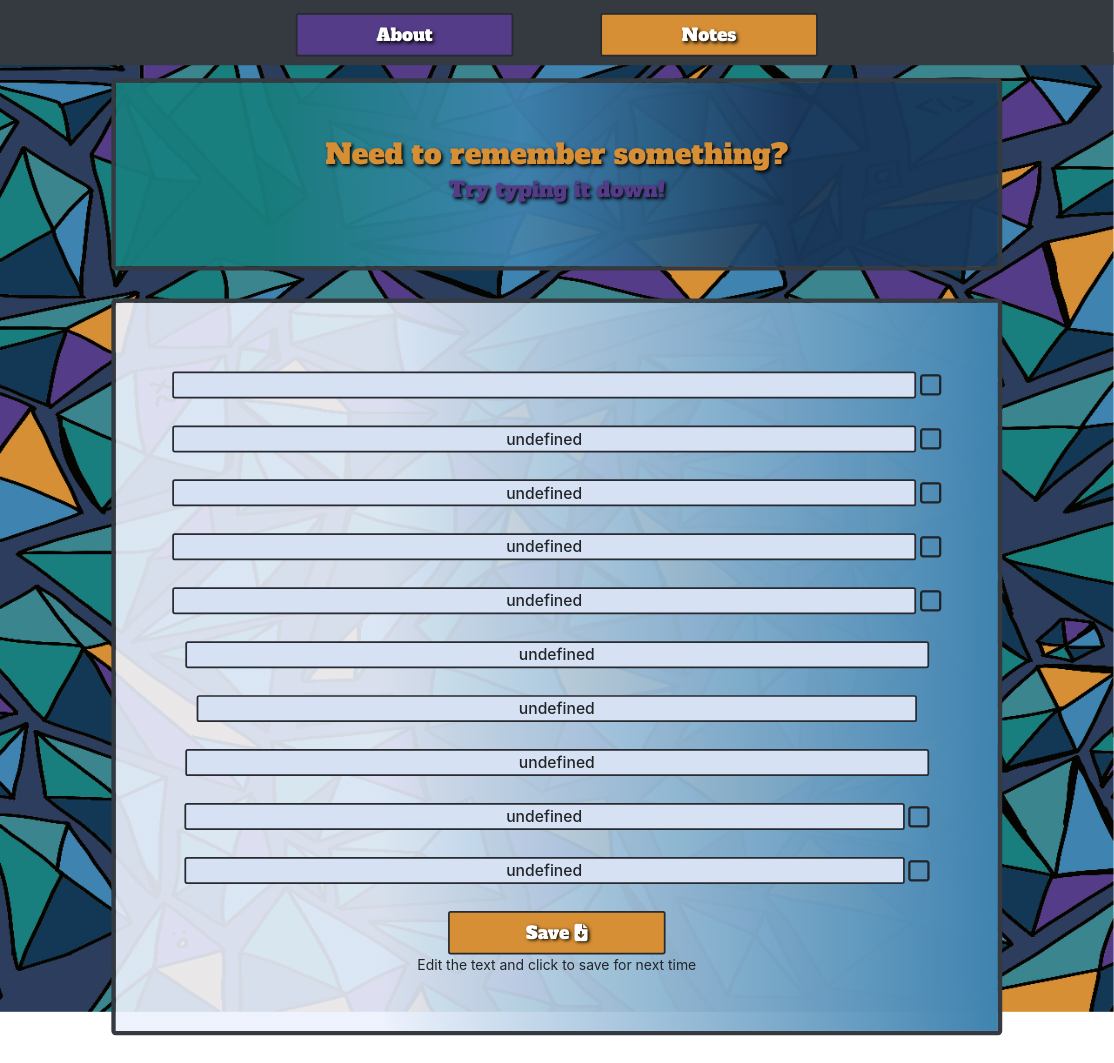
Repository: Kamicoda/Mynote
Page: index.html
The author's editor kept a record of every edit. The page is drawn from the files as they stood at one moment, then again after the next edit.
The browser window is 1280 px wide. The pictures show the whole page, at 87% of full size.
Backgrounds fixed to the window are drawn as part of the page. Some web fonts or font styles are not loaded; a fallback is used. Some web libraries are served in a nearby version.

Above is the page before.

### index.html
<!DOCTYPE html>
<html lang="en">

<head>
    <meta charset="UTF-8">
    <meta name="viewport" content="width=device-width, initial-scale=1.0">
    <meta http-equiv="X-UA-Compatible" content="ie=edge">
    <title>Document</title>


    <!--Bootstrap-->
    <link rel="stylesheet" href="https://maxcdn.bootstrapcdn.com/bootstrap/4.2.1/css/bootstrap.min.css" type="text/css" />
    <link rel="stylesheet" href="https://cdnjs.cloudflare.com/ajax/libs/hover.css/2.3.1/css/hover-min.css" type="text/css" />
    <!--Css-->
    <link rel="stylesheet" href="assets/style/style.css" type="text/css" />
    <link href="https://fonts.googleapis.com/css?family=Alfa+Slab+One&display=swap" rel="stylesheet">
    <!--Jquery-->
    <script src="https://code.jquery.com/jquery-3.4.1.min.js" integrity="sha256-CSXorXvZcTkaix6Yvo6HppcZGetbYMGWSFlBw8HfCJo=" crossorigin="anonymous"></script>

    <!--Scripts-->
    <script src="https://kit.fontawesome.com/06adabaaa3.js"></script>
    <script type="text/javascript" src="assets/js/script1.js"></script>
    <script type="text/javascript" src="assets/js/script2.js"></script>


</head>

<body class="bgbody" onload="checkEdits()">

    <!--navigation-->
    <div class="container-fluid bg-dark">
        <ul class="nav justify-content-center">
            <li class="nav-item">
                <button id="aboutNav" type="button" class="btn btn-secondary btn-lg border border-light">About</button>
            </li>
            <li class="nav-item">
                <button id="notesNav" type="button" class="btn btn-primary btn-lg border border-light">Notes</button>
            </li>

        </ul>
    </div>

    <div class="jumbotron border border-dark header bg-grey mx-auto">
        <div class="row">
            <div id="headerwelcome" class="col-12">
                <h2 class="fancytext"> Need to remember something?</h2>
                <h4 class="fancytextsm">Try typing it down!</h4>
            </div>

            <div id="headerabout" class="col-12">
                <h2 class="fancytext"> Aboot, Abouut, Abuuut!</h2>
                <h4 class="fancytextsm">have a quick read</h4>
            </div>

            <div id="headernotes" class="col-12">
                <h2 class="fancytext"> Don't forget to not forget!</h2>
                <h4 class="fancytextsm">Also don't forget to keep it stupidly simple</h4>
            </div>
        </div>
    </div>

    <div class="jumbotron border border-dark cont header mx-auto">
        <div class="container-flex">


            <section id="aboutSec">
                <div class="row">
                    <div class="col-12">
                        <p>here to help you remember!</p>
                        <div class="row">
                            <div class="col-md-12 col-lg-6 col-xl-8">
                                <p>this website should make writing things down a little easier there are a few features to be added at some point,
                                but less off that just remember keep calm and make it concice youll get through whatever you need notes for! </p>
                                <hr class="my-4">
                                <p> to use simply type your note and hit save, thats it it will save a note to your local browser storage like how google autofills things for you.</p>
                            </div>
                            <div class="col-md-12 col-lg-6 col-xl-4 justify-content-center mx-auto">
                                <div class="catnote"></div>
                                <p>Don't end up like cat note!</p>
                            </div>
                        </div>
                    </div>
                </div>
        </div>
        </section>

        <section id="notesSec">
            <div class="row">

                <div class="col-12">
                    <div id="editList" class="row">

                        <div class="col-12">
                            <p id="edit" contenteditable="true" class="editableP border border-light" placeholder="Write your notes here!"></p>
                            <div id="checkBox" class="checkbox">
                                <i id="fasquare" class="far fa-square"></i>
                                <i id="fabox" class="far fa-check-square"></i>
                            </div>
                        </div>

                        <div class="col-12">
                            <p id="edit1" contenteditable="true" class="editableP border border-light" placeholder="Note 2?"></p>
                            <div id="checkBox1" class="checkbox">
                                <i id="fasquare1" class="far fa-square"></i>
                                <i id="fabox1" class="far fa-check-square"></i>
                            </div>
                        </div>

                        <div class="col-12">
                            <p id="edit2" contenteditable="true" class="editableP border border-light" placeholder="Or note 3?"></p>
                            <div id="checkBox2" class="checkbox">
                                <i id="fasquare2" class="far fa-square"></i>
                                <i id="fabox2" class="far fa-check-square"></i>
                            </div>
                        </div>

                        <div class="col-12">
                            <p id="edit3" contenteditable="true" class="editableP border border-light" placeholder="Have fun with these!"></p>
                            <div id="checkBox3" class="checkbox">
                                <i id="fasquare3" class="far fa-square"></i>
                                <i id="fabox3" class="far fa-check-square"></i>
                            </div>
                        </div>

                        <div class="col-12">
                            <p id="edit4" contenteditable="true" class="editableP border border-light" placeholder="But remeber"></p>
                            <div id="checkBox4" class="checkbox">
                                <i id="fasquare4" class="far fa-square"></i>
                                <i id="fabox4" class="far fa-check-square"></i>
                            </div>
                        </div>

                        <div class="col-12">
                            <p id="edit5" contenteditable="true" class="editableP border border-light" placeholder=">Once you hit save</p>
                            <div id="checkBox5" class="checkbox">
                                <i id="fasquare5" class="far fa-square"></i>
                                <i id="fabox5" class="far fa-check-square"></i>
                            </div>
                        </div>

                        <div class="col-12">
                            <p id="edit6" contenteditable="true" class="editableP border border-light" placeholder=">These messeges will go away :(</p>
                            <div id="checkBox6" class="checkbox">
                                <i id="fasquare6" class="far fa-square"></i>
                                <i id="fabox6" class="far fa-check-square"></i>
                            </div>
                        </div>

                        <div class="col-12">
                            <p id="edit7" contenteditable="true" class="editableP border border-light" placeholder=">Mybe you should take a note of that?</p>
                            <div id="checkBox7" class="checkbox">
                                <i id="fasquare7" class="far fa-square"></i>
                                <i id="fabox7" class="far fa-check-square"></i>
                            </div>
                        </div>

                        <div class="col-12">
                            <p id="edit8" contenteditable="true" class="editableP border border-light" placeholder="Or not?"></p>
                            <div id="checkBox8" class="checkbox">
                                <i id="fasquare8" class="far fa-square"></i>
                                <i id="fabox8" class="far fa-check-square"></i>
                            </div>
                        </div>

                        <div class="col-12">
                            <p id="edit9" contenteditable="true" class="editableP border border-light" placeholder="Have fun :)"></p>
                            <div id="checkBox9" class="checkbox">
                                <i id="fasquare9" class="far fa-square"></i>
                                <i id="fabox9" class="far fa-check-square"></i>
                            </div>

                            <div>
                                <button type="button " onclick="save()" class="btn btn-primary btn-lg border border-light saveButton">Save
                        <i class="fas fa-file-download"></i></button>
                            </div>

                            <div id="update"> Edit the text and click to save for next time </div>
                        </div>
                    </div>
                </div>
            </div>
        </section>
    </div>

</body>
<footer>

</footer>

</html>

### assets/style/style.css
@import url('https://fonts.googleapis.com/css?family=Roboto:100,200,300,400,500,600,700|Exo:100,200,300,400,500,600,700|Six Caps:100,200,300,400,500,600,700');

/*Colors*/

.bg-dark {
    background-color: rgba(39, 42, 48, 1);
}

.bg-grey {
    background: rgb(24, 127, 126);
    background: linear-gradient(90deg, rgba(24, 127, 126, 0.95) 18%, rgba(63, 131, 176, 0.95) 46%, rgba(25, 56, 90, 0.95) 77%);
}

.bg-light {
    background-color: rgba(72, 63, 57, 0.5);

}

/*background*/

.border-dark {
    margin-top: 15px;
    border-width: 5px !important;
    border-bottom-style: solid;
    border-color: rgba(39, 42, 48, 1);
}

.border-light {
    margin-top: 15px;
    border-width: 2px !important;
    border-bottom-style: solid;
    border-color: rgba(39, 42, 48, 1) !important;
    border-radius: 3px;
}

.bgbody {
    background: url("notesBg.jpg");
    Margin: 0;
    background-position: center;
    background-repeat: no-repeat;
    background-attachment: fixed;
    z-index: -1;
}

.catnote {
    background-image: url("catnote.jpg");
    background-size: contain;
    width: 100%;
    height: 218px;
    background-position: center;
    background-repeat: no-repeat;
}

.navigationbackground {
    position: fixed;
    height: 100%;
    width: 100%;
}

.nav-item {
    margin-left: 50px;
    margin-right: 50px;
    margin-bottom: 10px;
}

.btn {
    border-radius: 0;
    width: 250px;
    border-radius: 3px;
    font-family: 'Alfa Slab One', cursive;
    text-shadow: 2px 2px 4px #000000;
}

.btn-primary {
    background-color: #d68f35;
}

.btn-primary:hover {
    color: #fff;
    background-color: #ffad44;
}

.btn-primary.focus,
.btn-primary:focus {
    box-shadow: 0 0 0 0.2rem rgb(243, 187, 116);
}

.btn-primary:not(:disabled):not(.disabled):active,
.show>.btn-primary.dropdown-toggle {
    color: #fff;
    background-color: #d68f35;
    border-color: #d68f35;
}

.btn-secondary {
    background-color: #543c88;
}

.btn-secondary:hover {
    color: #fff;
    background-color: #6a42bf;
}

.btn-secondary.focus,
.btn-secondary:focus {
    box-shadow: 0 0 0 0.2rem rgb(84, 60, 136);
}

.btn-secondary:not(:disabled):not(.disabled):active,
.show>.btn-secondary.dropdown-toggle {
    color: #fff;
    background-color: #543c88;
}


.header {
    text-align: center;
    width: 80%;
}


@media only screen and (max-width: 576px) {
    .header {
        width: 100%;
    }
}

.editableP {
    padding: 5;
    background-color: rgba(214, 226, 243, 1);
    display: inline-block;
    font-size: large;
    font-weight: 500;
    width: 90%;
}

@media only screen and (max-width: 320px) {
    .editableP {
        width: 80%;
        padding: 0px !important;
    }
}

.cont {
    background: rgb(236, 241, 252);
    background: linear-gradient(90deg, rgba(236, 241, 252, 0.9) 30%, rgba(63, 131, 176, 1) 100%);

}


.ul .li {
    list-style: none;
}

.checkbox {
    font-size: 28px;
    display: inline-block;
    transform: translate(0px, 4px);
}

.fancytext {
    font-family: 'Alfa Slab One', cursive;
    color: #d68f35;
    text-shadow: 2px 2px 4px #000000;
}

.fancytextsm {
    font-family: 'Alfa Slab One', cursive;
    color: #543c88;
    text-shadow: 2px 2px 4px #000000;
}

### assets/js/script1.js
//Buttons
$(document).ready(function() {

    $('#aboutSec').toggle();
    $('#notesSec').show();
    $('#gamesSec').toggle();
    $('#linksSec').toggle();
    $('.fa-check-square').toggle();
    $('#headerwelcome').show();
    $('#headerabout').toggle();
    $('#headernotes').toggle();


    $('#aboutNav').on('click', function() {
        $('#aboutSec').show(1000);
        $('#notesSec').hide(1000);
        $('#headerwelcome').hide();
        $('#headerabout').show();
        $('#headernotes').hide();
    });

    $('#notesNav').on('click', function() {
        $('#notesSec').show(1000);
        $('#aboutSec').hide(1000);
        $('#headerwelcome').hide();
        $('#headernotes').show();
        $('#headerabout').hide();

    });

    $('#checkBox').on('click', function() {
        $('#fasquare').toggle();
        $('#fabox').toggle();
    });

    $('#checkBox1').on('click', function() {
        $('#fasquare1').toggle();
        $('#fabox1').toggle();
    });

    $('#checkBox2').on('click', function() {
        $('#fasquare2').toggle();
        $('#fabox2').toggle();
    });

    $('#checkBox3').on('click', function() {
        $('#fasquare3').toggle();
        $('#fabox3').toggle();
    });

    $('#checkBox4').on('click', function() {
        $('#fasquare4').toggle();
        $('#fabox4').toggle();
    });

    $('#checkBox5').on('click', function() {
        $('#fasquare5').toggle();
        $('#fabox5').toggle();
    });

    $('#checkBox6').on('click', function() {
        $('#fasquare6').toggle();
        $('#fabox6').toggle();
    });

    $('#checkBox7').on('click', function() {
        $('#fasquare7').toggle();
        $('#fabox7').toggle();
    });

    $('#checkBox8').on('click', function() {
        $('#fasquare8').toggle();
        $('#fabox8').toggle();
    });

    $('#checkBox9').on('click', function() {
        $('#fasquare9').toggle();
        $('#fabox9').toggle();
    });

});

### assets/js/script2.js

function save() {
localStorage.userEdits = document.getElementById("edit").innerText;
localStorage.userEdits1 = document.getElementById("edit1").innerText;
localStorage.userEdits2 = document.getElementById("edit2").innerText;
localStorage.userEdits3 = document.getElementById("edit3").innerText;
localStorage.userEdits4 = document.getElementById("edit4").innerText;
localStorage.userEdits5 = document.getElementById("edit5").innerText;
localStorage.userEdits6 = document.getElementById("edit6").innerText;
localStorage.userEdits7 = document.getElementById("edit7").innerText;
localStorage.userEdits8 = document.getElementById("edit8").innerText;
localStorage.userEdits9 = document.getElementById("edit9").innerText;

document.getElementById("update").innerHTML="Edits saved!";
}

function checkEdits() {

if(localStorage.userEdits!=null)
document.getElementById("edit").innerHTML = localStorage.userEdits;
document.getElementById("edit1").innerHTML = localStorage.userEdits1;
document.getElementById("edit2").innerHTML = localStorage.userEdits2;
document.getElementById("edit3").innerHTML = localStorage.userEdits3;
document.getElementById("edit4").innerHTML = localStorage.userEdits4;
document.getElementById("edit5").innerHTML = localStorage.userEdits5;
document.getElementById("edit6").innerHTML = localStorage.userEdits6;
document.getElementById("edit7").innerHTML = localStorage.userEdits7;
document.getElementById("edit8").innerHTML = localStorage.userEdits8;
document.getElementById("edit9").innerHTML = localStorage.userEdits9;
}

//original code idea from https://www.developerdrive.com/allowing-users-to-edit-text-content-with-html5/
//with some tweaking


//

After the next edit:
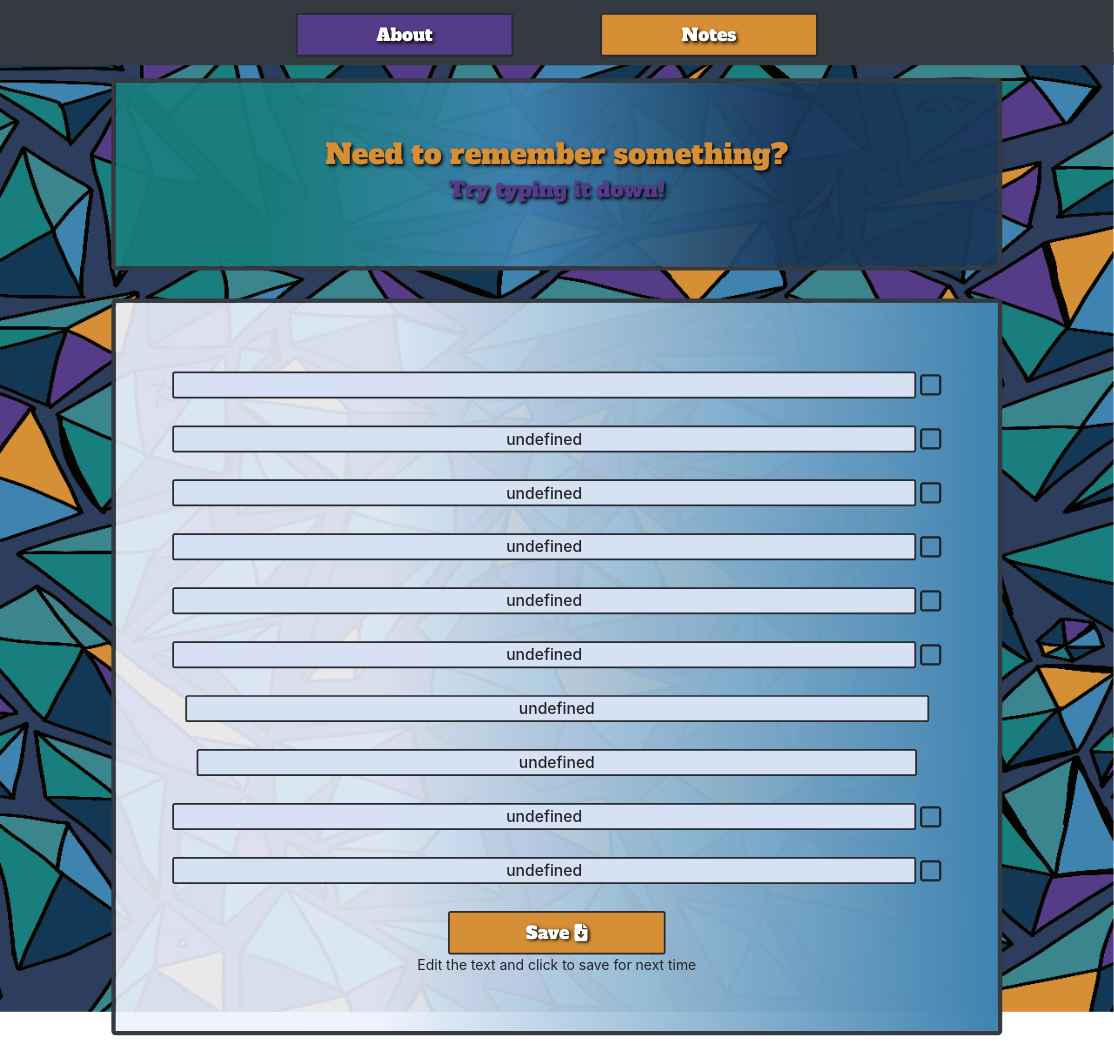
The edit:
--- a/index.html
+++ b/index.html
@@ -131,7 +131,7 @@
                         </div>
 
                         <div class="col-12">
-                            <p id="edit5" contenteditable="true" class="editableP border border-light" placeholder=">Once you hit save</p>
+                            <p id="edit5" contenteditable="true" class="editableP border border-light" placeholder="Once you hit save"></p>
                             <div id="checkBox5" class="checkbox">
                                 <i id="fasquare5" class="far fa-square"></i>
                                 <i id="fabox5" class="far fa-check-square"></i>
